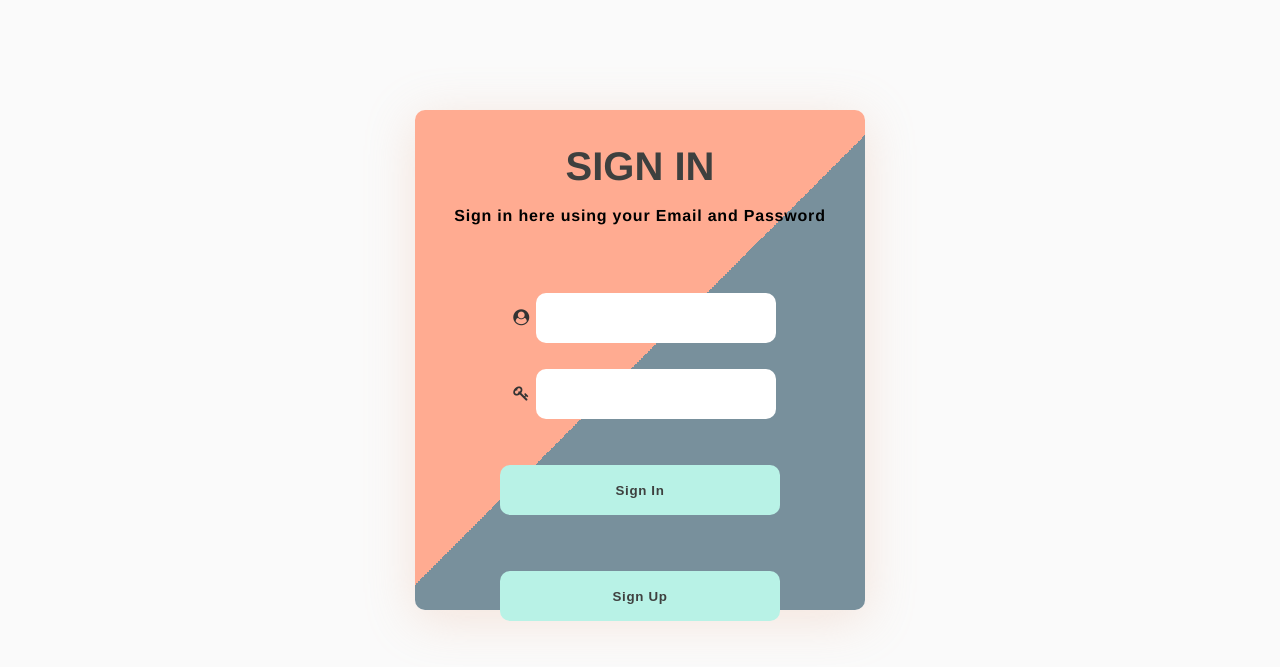
Repository: DhanushPrabha22/Zoho-Mini-Project
Page: http://localhost/ToDo_List/
The author's editor kept a copy of each file at every save. The page is drawn from the files as they stood at one save, then again after the next save.
The browser window is 1280 px wide. The pictures show the whole page.
Some web libraries are served in a nearby version. The page is served by Tomcat 9. Other server files are loaded and not shown.

Above is the page before, as saved 2021-03-17 05:57:10.

### Todo Eclipse/ToDo_List/WebContent/sign_in.jsp
<!--

index.jsp

java version "1.8.0_45"

Created By Dhanush L

-->

<%@taglib uri="http://struts.apache.org/tags-html" prefix="html"%>

<!DOCTYPE html>
<html>
<head>
	<title>Sign in for your Tasks</title>
	<link rel="stylesheet" type="text/css" href="styles/sign_in.css" />
	<link rel="stylesheet" href="https://cdnjs.cloudflare.com/ajax/libs/font-awesome/4.7.0/css/font-awesome.min.css">
	<script src="https://ajax.googleapis.com/ajax/libs/jquery/2.1.1/jquery.min.js"></script>
	<script src="scripts/sign_in.js"></script>
</head>
<body>
	<div class="main-div">
		<!--   con = Container  for items in the form-->
		<div class="con">
			<!--     Start  header Content  -->
			<header class="head-form">
				<h2>SIGN IN</h2>
				<!--     A welcome message or an explanation of the login form -->
				<br>
				<p><b>Sign in here using your Email and Password</b></p>
			</header>
			<br>
			<div class="field-set">
				<html:form action="signingin" method="post">
					<!--user name -->
					<html:errors property="email_e"/><br>
					<span class="input-item"><i class="fa fa-user-circle"></i></span>
					<html:text styleClass="form-input" property="email"/><br>
					<!--Password -->
					<html:errors property="password_e"/><br>
					<span class="input-item"><i class="fa fa-key"></i></span>
					<html:password styleClass="form-input" property="password"/>
					<br><br>
					<html:submit styleClass="sign-up button" value="Sign In"/>
					<br>
					<button Class="sign-up button">Sign Up</button>
				</html:form>
			</div>
		<!--   End Container  -->
		</div>
	<!-- End Form -->
	</div>
</body>
</html>

### Todo Eclipse/ToDo_List/WebContent/styles/sign_in.css

* {
    padding: 0;
    margin: 0;
    box-sizing: border-box;
}

body {
  font-family: Helvetica, san-serif;
  overflow-x: hidden;
  overflow-y: hidden;
  background-color: #fafafa;
}

.main-div{
	box-shadow: 0 9px 50px hsla(20, 67%, 75%, 0.31);
	position: absolute;
	margin: auto;
  	top: 0;
  	right: 0;
  	bottom: 0;
  	left: 0;
	width: 450px;
	background-image: linear-gradient(-225deg, #FFAB91 50%, #78909C 50%);
    height: 500px;
	text-align:center;
    border-radius: 10px;
    padding: 2%;
}

.field-set{
	margin-top: -15px;
}



/* the header form form */
header {
    margin: 2% auto 10% auto;
    text-align: center;
}
/* Login title form form */
header h2 {
    font-size: 250%;
    color: #3e403f;
}
/*  A welcome message or an explanation of the login form */
header p {letter-spacing: 0.05em;}


.input-item {
    background: transparent;
    color: #333;
    padding: 14.5px 0px 15px 9px;
    margin-right: 2px;
}


/* inputs form  */
.form-input{
    width: 240px;
    height: 50px;
    margin-top: 2%;
    padding: 15px;
    font-size: 16px;
    font-family: 'Abel', sans-serif;
    color: #5E6472;
    outline: none;
    border: none;
    border-radius: 10px;
    transition: 0.2s linear;

}

.form-input:focus {
    transform: translateX(-2px);
    border-radius: 5px;
}


.button {
    display: inline-block;
    color: #3e403f;

    width: 280px;
    height: 50px;

    padding: 0 20px;
    background: #fff;
    border-radius: 10px;

    outline: none;
    border: none;

    cursor: pointer;
    text-align: center;
    transition: all 0.2s linear;
    font-weight: bold;
    margin: 7% auto;
    letter-spacing: 0.05em;
}
/* Submits */
.submits {
    width: 48%;
    display: inline-block;
    float: left;
    margin-left: 2%;
}

/* Forgot Password button FAF3DD  */
.frgt-pass {background: transparent;}

/*     Sign Up button  */
.sign-up {background: #B8F2E6;}


/* buttons hover */
.button:hover {
    transform: translatey(3px);
    box-shadow: none;
}

/* buttons hover Animation */
.button:hover {
    animation: ani9 0.4s ease-in-out infinite alternate;
}
@keyframes ani9 {
    0% {
        transform: translateY(3px);
    }
    100% {
        transform: translateY(5px);
    }
}

Loaded but not shown: Todo Eclipse/ToDo_List/WebContent/scripts/sign_in.js (no copy from this time; the picture is the same without it)

After the next save:
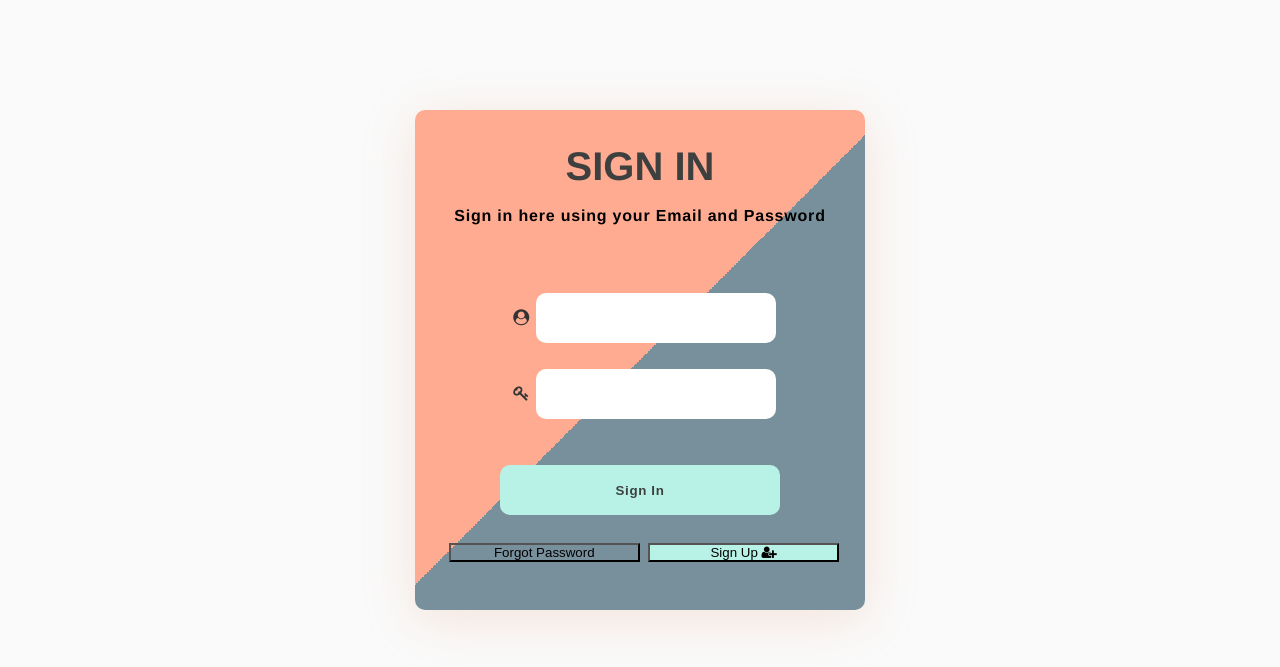
Saved 4 min 0 s later.
--- a/Todo Eclipse/ToDo_List/WebContent/sign_in.jsp
+++ b/Todo Eclipse/ToDo_List/WebContent/sign_in.jsp
@@ -43,9 +43,18 @@ Created By Dhanush L
 					<html:password styleClass="form-input" property="password"/>
 					<br><br>
 					<html:submit styleClass="sign-up button" value="Sign In"/>
-					<br>
-					<button Class="sign-up button">Sign Up</button>
 				</html:form>
+				<!--   other buttons -->
+				<div class="other">
+					<!--      Forgot Password button-->
+					<button class="btn submits frgt-pass" onclick="frogotPwd()">Forgot Password</button>
+					<!--     Sign Up button -->
+					<button class="btn submits sign-up" onclick="create_account()">Sign Up
+					<!--         Sign Up font icon -->
+					<i class="fa fa-user-plus" aria-hidden="true"></i>
+					</button>
+					<!--      End Other the Division -->
+				</div>
 			</div>
 		<!--   End Container  -->
 		</div>
